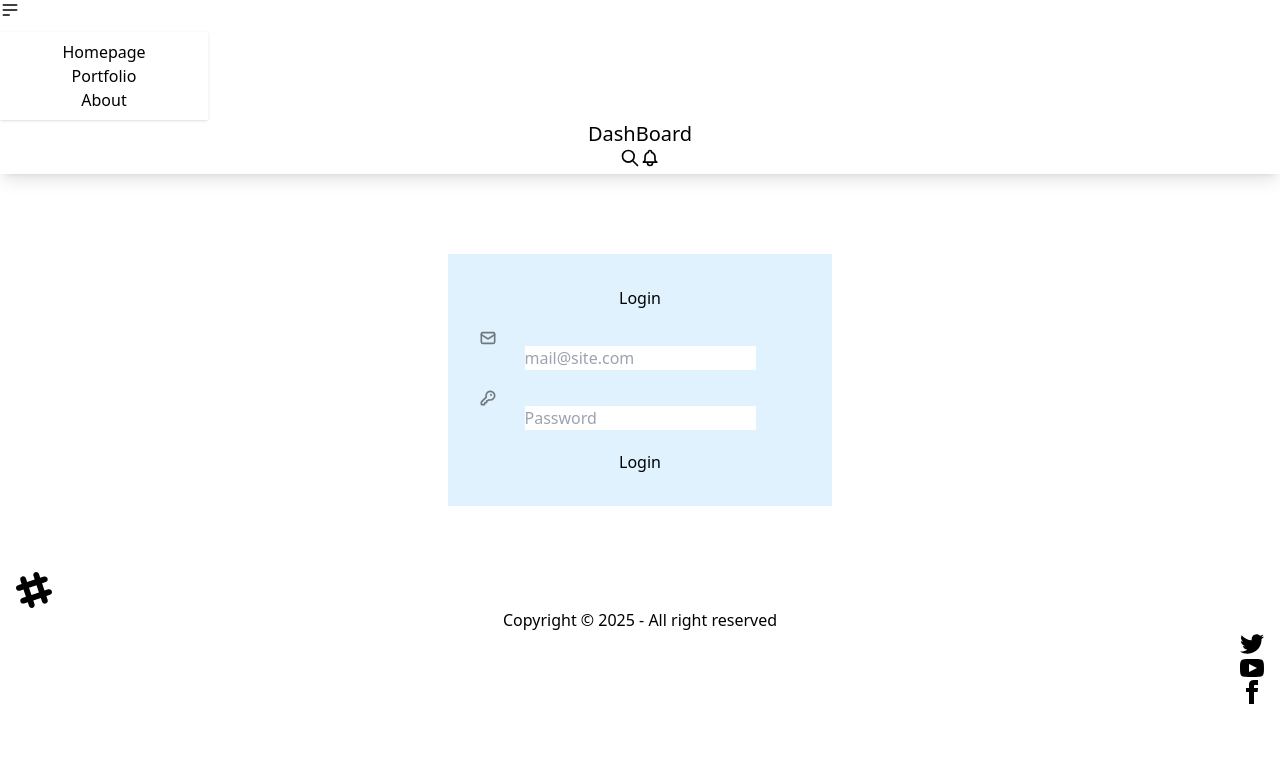
Repository: ROHIT8804/devTinderFrontEnd
Page: /login (app in devTinder-Web/)
These files come from the project's save history. The page is drawn as it stood at one moment and after the next save; the edit follows.
The browser window is 1280 px wide. The pictures show the whole page.
The project was rebuilt for these pictures with package versions that can differ from the ones it lists, and the page was loaded fresh each time. Also part of the build but not shown: devTinder-Web/vite.config.js, devTinder-Web/src/Profile.jsx.

Above is the page before, as saved 2025-07-26 22:14:07.

After the next save:
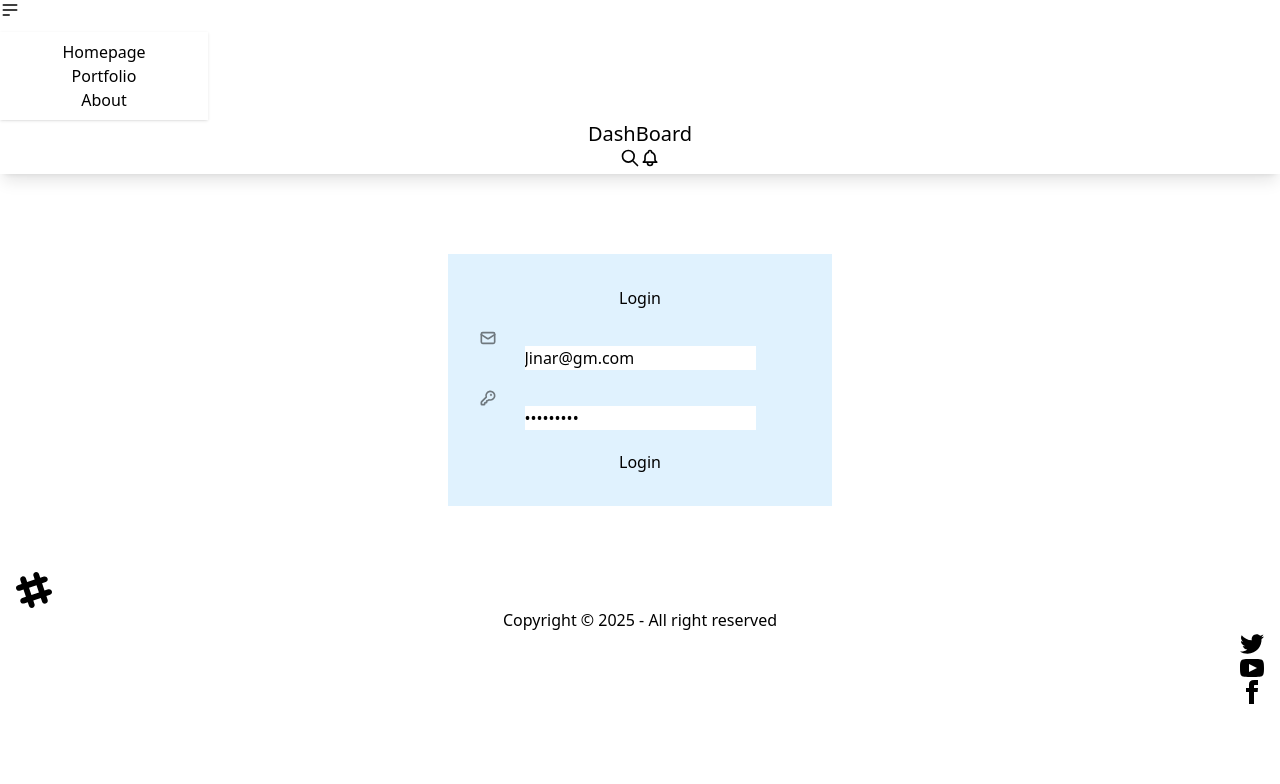
Saved 35 s later.
--- a/devTinder-Web/src/Login.jsx
+++ b/devTinder-Web/src/Login.jsx
@@ -1,8 +1,8 @@
 import React, { useState } from "react";
 
 function Login() {
-  const [email, setEmail] = useState("");
-  const [password, setPassword] = useState("");
+  const [email, setEmail] = useState("Jinar@gm.com");
+  const [password, setPassword] = useState("Test@1234");
 
   const handleLogin = async (e) => {
     try {
